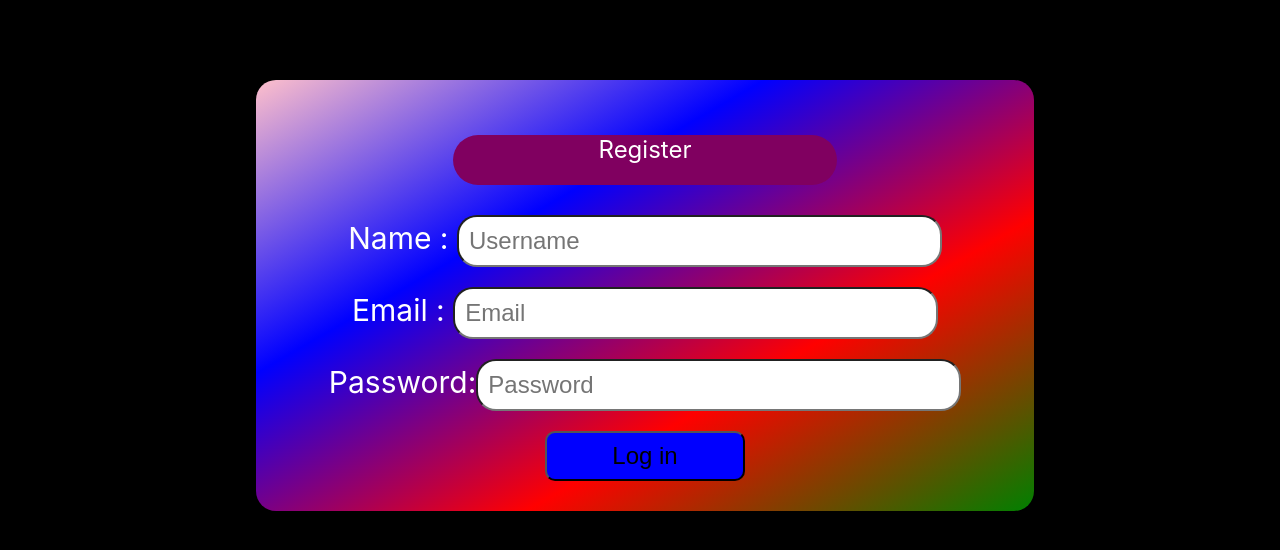
Repository: abhaysharma20233009/swiftKey
Page: /login (app in frontend/my-app/)
An editor plug-in stored every save of this project. The page is shown before and after the next save, followed by the edit.
The browser window is 1280 px wide. The pictures show the whole page.
The project was rebuilt for these pictures with package versions that can differ from the ones it lists, and the page was loaded fresh each time. Also part of the build but not shown: frontend/my-app/src/Swifts.js, frontend/my-app/src/Results.js.

Above is the page before, as saved 2024-10-10 20:36:45.

### frontend/my-app/src/App.js
//App.js

import './App.css';
import React from 'react';
import { BrowserRouter as Router, Route, Routes } from 'react-router-dom';
import Swift from './Swifts';
import Results from './Results';
import Login from './Login';
const App = () => {
    return (
        <Router>
			<div className="App">
            <Routes>
                <Route path="/" element={<Swift />} />
                <Route path="/results" element={<Results />} />
                <Route path="/login" element={<Login />} />
            </Routes>
			</div>
        </Router>
    );
};

export default App;

### frontend/my-app/src/App.css
.App {
  text-align: center;
  color:white;
}

body{
  background-color:black;
}

.log{
  color:black;
  margin-left: 10px;
  margin-right: 10px;
  background-color: blue;
  border-radius: 10px;
  height:50px;
  width:200px;
  justify-self: end;
  font-size: x-large;
  margin-top:10px;
  margin-bottom:25px;
}




.in{
  border-radius:20px;
  font-size: 24px;
  width: 60%;
  padding: 10px;
  margin: 10px 0;
}

.hea{
  margin-top: 50px;
  margin-bottom:20px;
  margin-left:25%;
  background-color: lightgray;
  font-size: 24px;
  background-color:rgb(128, 0, 96);
  width:50%;
  height:50px;
  border-radius:30px;
  text-align: center;
}

.lo{
  text-align:center;
}
.Timer{
  height:50px;
  font-size:30px;
  margin-bottom: 10px;
  background-color:green;
  width:50px;
  margin-left:48%;
  border-radius: 15px;
}

.form{
  font-size: 30px;
  margin-top:80px;
  padding:5px;
  background:linear-gradient(150deg,pink,blue,red,green);
  background-color:rgb(169, 90, 63);
  width:60%;
  border-radius:20px;
  margin-left:20%;
}

### frontend/my-app/src/Login.js
// Register.js
import React, { useState } from 'react';
import { useNavigate } from 'react-router-dom';
const Login = () => {
    const [username, setUsername] = useState('');
    const [email, setEmail] = useState('');
    const [password, setPassword] = useState('');

    const navigate = useNavigate();
    const fetchUser = async () => {
        try {
            await fetch('http://localhost:7000/login');

        } catch (error) {
            console.error('Error fetching messages:', error);
        }
    };

    const log = async () => {
        try {
            navigate('/', { state: { username,email } });
            const response = await fetch('http://localhost:7000/login', {
                method: 'POST',
                headers: {
                    'Content-Type': 'application/json',
                },
                body: JSON.stringify({ userName: username, email, password }),
            });

            if (!response.ok) {
                const errorData = await response.json();
                alert(errorData.message || errorData.error);
                return;
            }else{
                alert("user successfully registered");
            }
            // Reset fields
            setUsername('');
            setPassword('');

            // Navigate to Swifts with username

            await fetchUser();

        } catch (error) {
            console.error('Error login:', error);
        }
    }


    return (
        <div>

            <form className ="form">
            <div  className='hea'>Register</div>
               Name  :   <input
                    className="in"
                    type="text"
                    placeholder="Username"
                    value={username}
                    onChange={(e) => setUsername(e.target.value)}
                    required
                />
                <br/>
                 Email   : <input
                className="in"
                    type="email"
                    placeholder="Email"
                    value={email}
                    onChange={(e) => setEmail(e.target.value)}
                    required
                />
                <br/>
                Password:<input

                className="in"
                    type="password"
                    placeholder="Password"
                    value={password}
                    onChange={(e) => setPassword(e.target.value)}
                    required
                />
                <br/>
                <button className="log" onClick={log}>Log in</button>
            </form>
        </div>
    );
};

export default Login;

Loaded but not shown: frontend/my-app/public/index.html (common file); frontend/my-app/src/index.js (common file); frontend/my-app/src/index.css (common file); frontend/my-app/src/reportWebVitals.js (common file)

After the next save:
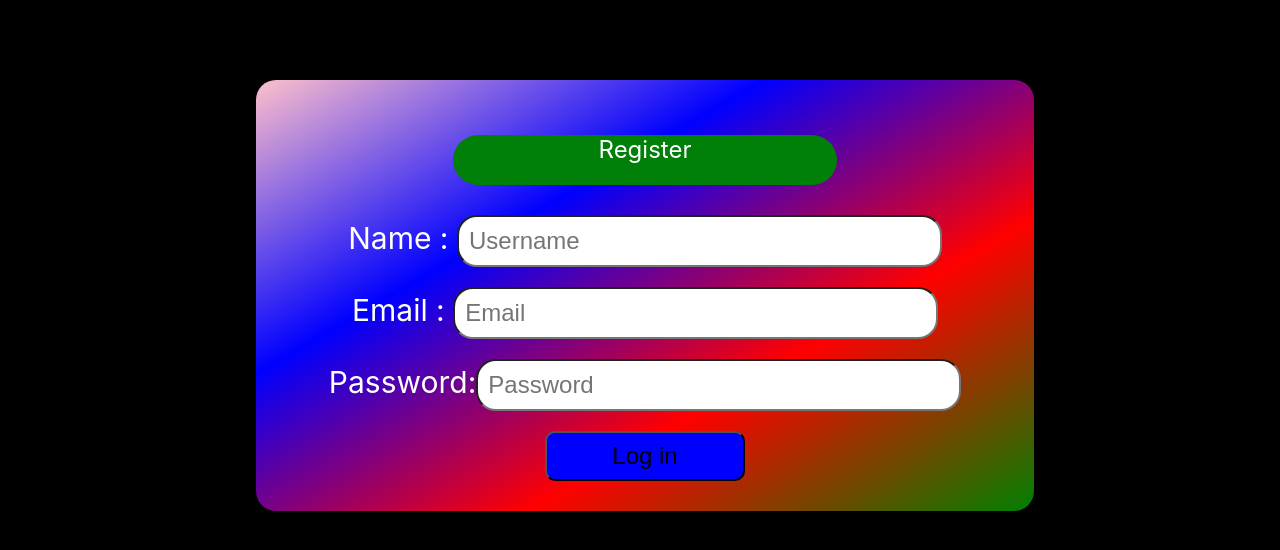
Saved 14 s later.
--- a/frontend/my-app/src/App.css
+++ b/frontend/my-app/src/App.css
@@ -38,7 +38,7 @@ body{
   margin-left:25%;
   background-color: lightgray;
   font-size: 24px;
-  background-color:rgb(128, 0, 96);
+  background-color:rgb(0, 128, 9);
   width:50%;
   height:50px;
   border-radius:30px;
